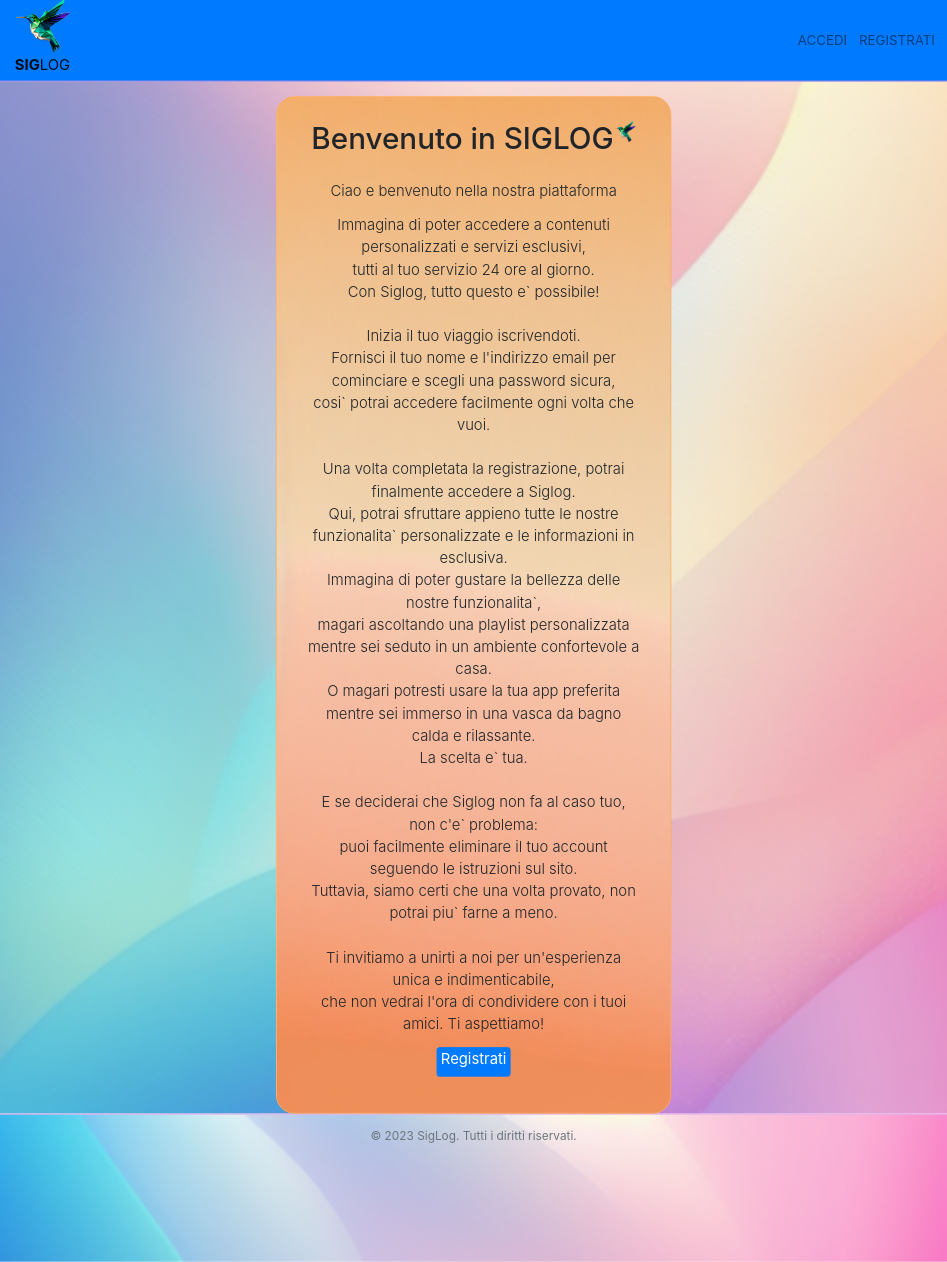
Repository: Nocco-Matteo/web_servlet_tpsi
Page: http://localhost/Servlet/
These files come from the project's save history. The page is drawn as it stood at one moment and after the next save; the edit follows.
The browser window is 1280 px wide. The pictures show the whole page, at 74% of full size.
Some web libraries are served in a nearby version. The page is served by Tomcat 9. Other server files are loaded and not shown.

Above is the page before, as saved 2023-03-03 22:40:41.

### eclipse/Servlet/src/main/webapp/index.jsp
<%@page import="java.net.http.HttpRequest"%>
<%@ page language="java" contentType="text/html; charset=US-ASCII" pageEncoding="US-ASCII"%>
<%@ page import="java.net.*" %>
<%@ page import="java.util.*" %>
<%@ page import="java.util.Base64.*" %>
<!DOCTYPE html>
<html>
<head>
	<title>Titolo Pagina</title>
	<meta charset="UTF-8">
	<meta name="viewport" content="width=device-width, initial-scale=1.0">
	<link rel="stylesheet" href="https://cdn.jsdelivr.net/npm/bootstrap@4.0.0/dist/css/bootstrap.min.css" integrity="sha384-Gn5384xqQ1aoWXA+058RXPxPg6fy4IWvTNh0E263XmFcJlSAwiGgFAW/dAiS6JXm" crossorigin="anonymous">
	<link rel="stylesheet" type="text/css" href="${pageContext.request.contextPath}/style">
</head>
<body>
<%!
	public static String stringToBase64(String str) //da stringa a base64
	{
	    byte[] bytes = str.getBytes();
	    byte[] encoded = Base64.getEncoder().encode(bytes);
	    return new String(encoded);
	}
	public static String base64ToString(String base64) //da base64 a stringa
	{
	    byte[] decoded = Base64.getDecoder().decode(base64);
	    return new String(decoded);
	}

	public static Boolean is_logged_in(String nome)
	{
		if(nome == null) return false;
		else return true;
	}
	public static String pulisci_attributo()
	{
		return null;
	}
%>

<%
	Boolean accesso = false; //controllo se l'utente ha fatto l'accesso
	String nome_sess = "", //dati utente
			cognome_sess ="",
			email_sess = "",
			password_sess="";
	String pagina = ""; //pagine dinamiche
	String tipo_errore="";//tipo di errore (piu` specifico di classe_errore)
	String classe_errore=""; //classe dell'errore (piu` generale di tipo_errore)

	if(session.getAttribute("nome")!= null) //controllo se l'utente ha fatto l'accesso
	{
		nome_sess = session.getAttribute("nome").toString(); //prendi attributo nome della sessione
		nome_sess = nome_sess.substring(0, 1).toUpperCase() + nome_sess.substring(1); //primo carattere maiuscolo

		cognome_sess = session.getAttribute("cognome").toString(); //prendi attributo cognome della sessione
		cognome_sess = cognome_sess.substring(0, 1).toUpperCase() + cognome_sess.substring(1); //primo carattere maiuscolo

		email_sess = session.getAttribute("email").toString(); //prendi attributo email della sessione
		email_sess = email_sess.toLowerCase(); //tutto minuscolo

		password_sess = session.getAttribute("password").toString(); //prendi attributo password della sessione

		accesso = is_logged_in(nome_sess); //controlla se ha fatto l'accesso
	}



	if(request.getParameter("page")!= null) //cambia pagina in base al parametro get
		pagina = request.getParameter("page"); //impostazione della pagina richiesta


	if(request.getParameter("error")!= null) //se viene rilevato un errore in una richiesta
	{
		String [] errore = base64ToString(request.getParameter("error")).split(","); //divisione del parametro errore
		//errore[0]=classe_errore; errore[1]=tipo_specifico_errore; errore[2]=pagina_di_arrivo
		classe_errore = errore[0];
		//out.print(classe_errore);
		switch(classe_errore)
		{
			case "sql": //errore sql
				pagina = stringToBase64(errore[2]); //ritorno alla pagina di errore
				tipo_errore = errore[1]; //tipo dell'errore dettagliato
				//out.print("errore: "+tipo_errore);
			break;
			case "regex": //errore regex
				pagina = stringToBase64(errore[2]); //ritorno alla pagina di errore
				tipo_errore = errore[1]; //tipo dell'errore dettagliato
				//out.print("errore: "+tipo_errore);
			break;
			case "empty": //accesso fallito
				pagina = stringToBase64(errore[2]); //ritorno alla pagina di errore
				tipo_errore = errore[1]; //tipo dell'errore dettagliato
				//out.print("errore: "+tipo_errore);
			break;
			default:
		}
	}
	//out.print(accesso+"\n");



	//out.print(tipo_errore+"\n");
	//out.print(pagina+"\n");
	pagina = base64ToString(pagina); //conversione parametro get con la pagina
	//out.print(pagina);
%>
<!-- Testa Navbar -->
<nav class="navbar navbar-expand-lg navbar-light bg-primary">

	<a class="navbar-brand mt-2 logo" href="${pageContext.request.contextPath}">
		<img class="" width="75px" height="75px" src="${pageContext.request.contextPath}/logo" alt="Logo">
		<p><b>SIG</b>LOG</p>
	</a>

	<button class="navbar-toggler" type="button" data-toggle="collapse" data-target="#navbarNav" aria-controls="navbarNav" aria-expanded="false" aria-label="Toggle navigation">
		<span class="navbar-toggler-icon"></span>
	</button>

	<div class="collapse navbar-collapse justify-content-end" id="navbarNav">
		<%if(accesso){ %>
		<ul class="navbar-nav">
			<li class="nav-item">
				<%=email_sess%>
			</li>
		</ul>
		<ul class="navbar-nav">
			<li class="nav-item">
				<a class="nav-link" href="http://localhost:8080/Servlet_prova/index.jsp?page=<%=stringToBase64("profilo")%>">PROFILO</a>
			</li>
		</ul>
		<%} else{ %>
		<ul class="navbar-nav r-0">
			<li class="nav-item">
				<a class="nav-link" href="http://localhost:8080/Servlet_prova/index.jsp?page=<%=stringToBase64("accedi")%>">ACCEDI </a>
			</li>
			<li class="nav-item">
				<a class="nav-link" href="http://localhost:8080/Servlet_prova/index.jsp?page=<%=stringToBase64("registra")%>">REGISTRATI</a>
			</li>
		</ul>
		<%} %>
	</div>
</nav>
<!-- Corpo Pagina -->
<div class="container-fluid corpo" style="background-image:url('${pageContext.request.contextPath}/background');">
	<div class="row">
		<div class="col"></div>
		<div class="centrale col-md-5 pt-2" style="background-image:url('${pageContext.request.contextPath}/centrale">
			<%if(pagina.equals("registra") && (!accesso || (tipo_errore !=""))){%>
				<!-- BLOCCO REGISTRAZIONE -->
				<form method="POST" action="http://localhost:8080/Servlet_prova/registra" >
					<p><b>REGISTRAZIONE</b></p>
					<hr>
					<%switch(classe_errore){
						case "sql":%>
					<div class="alert alert-danger alert-dismissible fade show d-flex justify-content-center" role="alert">
					    EMAIL' GIA REGISTRATA!
      				</div>
					<%break;
						case "regex":%>
							<div class="alert alert-danger alert-dismissible fade show d-flex justify-content-center" role="alert">
						    ERRORE NELL'INSERIMENTO DEL PARAMETRO: <%=tipo_errore.toUpperCase()%>
	      				</div>
					<%break;} %>
					<div class="form-group">
						<label for="nome">Nome:</label>
						<input type="text" class="form-control" id="nome" name="nome" required>
					</div>
					<div class="form-group">
						<label for="cognome">Cognome:</label>
						<input type="text" class="form-control" id="cognome" name="cognome" required>
					</div>
					<div class="form-group">
						<label for="email">Email:</label>
						<input type="email" class="form-control" id="email" name="email" required>
					</div>
					<div class="form-group">
						<label for="password">Password:</label>
						<input type="password" class="form-control" id="password" name="password" placeholder="almeno 4 caratteri, una lettera maiuscola ed una minuscola" required>
					</div>
					<div class="bottoni">
						<button type="submit" class="btn btn-primary button_a">Registrati</button>
					</div>
					<hr>
				</form>
				<div class="bottoni">
					<div class="d-flex flex-column align-items-center">
						<p>Hai gia' un account?</p>
						<button type="button" class="btn btn-primary button_a" ><a href="http://localhost:8080/Servlet_prova/index.jsp?page=<%=stringToBase64("accedi")%>">Accedi</a></button>
					</div>
				</div>

			<%} else if(pagina.equals("accedi") && !accesso){ %>
				<!-- BLOCCO ACCEDI -->
				<form method="POST" action="http://localhost:8080/Servlet_prova/accedi">
					<p><b>Accesso</b></p>
					<hr>
					<%switch(classe_errore){
						case "empty":%>
					<div class="alert alert-danger alert-dismissible fade show d-flex justify-content-center" role="alert">
					    ACCOUNT NON TROVATO
      				</div>
					<%break;} %>
					<div class="form-group">
						<label for="email">Email:</label>
						<input type="email" class="form-control" id="email" name="email" required>
					</div>
					<div class="form-group">
						<label for="password">Password:</label>
						<input type="password" class="form-control" id="password" name="password" required>
					</div>
					<div class="bottoni">
						<button type="submit" class="btn btn-primary">Accedi</button>
					</div>
					<hr>
					</form>
					<div class="bottoni">
						<div class="d-flex flex-column align-items-center">
							<p>Non hai ancora un account?</p>
							<button type="button" class="btn btn-primary button_a" ><a href="http://localhost:8080/Servlet_prova/index.jsp?page=<%=stringToBase64("registra")%>">Registrati</a></button>
						</div>
					</div>
				</form>
			<% }else if(pagina.equals("profilo") && accesso){%>
		        <form method="POST" action="http://localhost:8080/Servlet_prova/modifica">
		        	<p><b>Modifica Profilo Utente</b></p>
		        	<hr>
		            <div class="form-group">
		                <label for="nome">Nome:</label>
		                <input type="text" class="form-control" id="nome" name="nome" value="<%=nome_sess%>" required>
		            </div>
		            <div class="form-group">
		                <label for="cognome">Cognome:</label>
		                <input type="text" class="form-control" id="cognome" name="cognome" value="<%=cognome_sess%>" required>
		            </div>
		            <div class="form-group">
		                <label for="password">Password:</label>
		                <input type="password" class="form-control" id="password" name="password" value="<%=password_sess%>" required>
		            </div>
		            <div class="form-group" hidden>
						<label for="email">Email:</label>
						<input type="email" class="form-control" id="email" name="email" value="<%=email_sess%>" required>
					</div>
		            <div class="bottoni">
						<button type="submit" class="btn btn-primary">Salva modifiche</button>
					</div>
		        </form>
		        <div class="bottoni btn-group dropup">
					<div class="spazio"></div>
					<div class="dropdown-menu dropdown-menu-right" aria-labelledby="conferma_elimina">
						<p class="conferma">SEI SICURO?</p>
						<a class="dropdown-item" href="${pageContext.request.contextPath}/elimina">Elimina account</a>
					</div>
					<button type="button" class="btn btn-danger button_a" data-toggle="dropdown" aria-controls="conferma_elimina" aria-expanded="false" aria-label="Toggle navigation">
						<a href="#">Elimina</a>
					</button>
				</div>
			<% }else if(pagina.equals("entrato") || accesso){%>
				<!-- BLOCCO DI BENTORNATO/BENVENUTO -->
			    <div class="col mx-auto text-center">
			      <h1>Ciao <%=nome_sess%>!</h1>
			      <p class="lead">Grazie per aver effettuato l'accesso a SIGLOG.</p>
			      <p class="lead">
			      	Siamo entusiasti di averti tra i nostri utenti <br>
			      	e siamo qui per aiutarti a sfruttare al massimo Siglog.<br>
			      	Ti auguriamo una buona permanenza e speriamo di rendere la tua esperienza con noi unica ed emozionante.<br>
			      	<br>
					Con il tuo nuovo account, potrai accedere a contenuti personalizzati e servizi esclusivi.<br>
					Ti invitiamo ad esplorare Siglog<br>
					e a trovare tutte le funzionalita` che si adattano meglio alle tue esigenze.<br>
					Inizia subito ad usare il tuo account per accedere ai nostri servizi personalizzati.<br>
					<br>
					Se hai bisogno di aiuto o hai domande sul nostro sito o sui servizi che offriamo,<br>
					non esitare a contattarci.<br>
					Il nostro team di supporto e` a tua disposizione per rispondere a tutte le tue domande<br>
					e aiutarti in ogni modo possibile.<br>
					<br>
					Grazie ancora per aver scelto di unirti a noi.<br>
					Siamo impazienti di vedere cosa puoi fare con il tuo account<br>
					e di averti tra i nostri utenti piu' attivi ed entusiasti.<br>
					Buon divertimento!</p>
			      <button type="button" class="btn btn-primary button_a" ><a href="http://localhost:8080/Servlet_prova/index.jsp?page=<%=stringToBase64("esci")%>">Esci</a></button>
			    </div>

			<%} else{%>
				<div class="col mb-4 mx-auto text-center">
					<div class="mt-4 d-flex flex-row justify-content-center">
						<h1>Benvenuto in SIGLOG</h1>
				      	<img width="30px" height="30px" src="${pageContext.request.contextPath}/logo" alt="Logo">
				    </div>
				    <br>
			      <p class="lead">Ciao e benvenuto nella nostra piattaforma</p>
			      <p class="lead">
			      	Immagina di poter accedere a contenuti personalizzati e servizi esclusivi,<br>
			      	tutti al tuo servizio 24 ore al giorno. <br>
			      	Con Siglog, tutto questo e` possibile!<br>
			      	<br>
			      	Inizia il tuo viaggio iscrivendoti.<br>
			      	Fornisci il tuo nome e l'indirizzo email per cominciare e scegli una password sicura,<br>
			      	cosi` potrai accedere facilmente ogni volta che vuoi.<br>
			      	<br>
					Una volta completata la registrazione, potrai finalmente accedere a Siglog.<br>
					Qui, potrai sfruttare appieno tutte le nostre funzionalita` personalizzate e le informazioni in esclusiva.<br>
					Immagina di poter gustare la bellezza delle nostre funzionalita`,<br>
					magari ascoltando una playlist personalizzata mentre sei seduto in un ambiente confortevole a casa.<br>
					O magari potresti usare la tua app preferita mentre sei immerso in una vasca da bagno calda e rilassante.<br>
					La scelta e` tua.<br>
					<br>
					E se deciderai che Siglog non fa al caso tuo, non c'e` problema: <br>
					puoi facilmente eliminare il tuo account seguendo le istruzioni sul sito. <br>
					Tuttavia, siamo certi che una volta provato, non potrai piu` farne a meno. <br>
					<br>
					Ti invitiamo a unirti a noi per un'esperienza unica e indimenticabile, <br>
					che non vedrai l'ora di condividere con i tuoi amici. Ti aspettiamo!</p>
			      <button type="button" class="btn btn-primary button_a" ><a href="http://localhost:8080/Servlet_prova/index.jsp?page=<%=stringToBase64("registra")%>">Registrati</a></button>
			    </div>
			<%} %>
		</div>
		<div class="col"></div>
	</div>
</div>
<!-- Footbar -->
<footer class="footer bg-light mt-auto py-3" style="background-image:url('${pageContext.request.contextPath}/nav');">
	<div class="container text-center">
		<span class="text-muted">&copy; 2023 SigLog. Tutti i diritti riservati.</span>
	</div>
</footer>

<!-- js Bootstrap -->
<script src="https://code.jquery.com/jquery-3.2.1.slim.min.js" integrity="sha384-KJ3o2DKtIkvYIK3UENzmM7KCkRr/rE9/Qpg6aAZGJwFDMVNA/GpGFF93hXpG5KkN" crossorigin="anonymous"></script>
<script src="https://cdn.jsdelivr.net/npm/popper.js@1.12.9/dist/umd/popper.min.js" integrity="sha384-ApNbgh9B+Y1QKtv3Rn7W3mgPxhU9K/ScQsAP7hUibX39j7fakFPskvXusvfa0b4Q" crossorigin="anonymous"></script>
<script src="https://cdn.jsdelivr.net/npm/bootstrap@4.0.0/dist/js/bootstrap.min.js" integrity="sha384-JZR6Spejh4U02d8jOt6vLEHfe/JQGiRRSQQxSfFWpi1MquVdAyjUar5+76PVCmYl" crossorigin="anonymous"></script>
</body>
</html>

### eclipse/Servlet/src/main/webapp/css/style.css
html,body
{
	height:100%;
	width:100%;
	margin:0;
	padding:0;
}
#navbarNav
{
	color: #000;
	right:0;
}

#navbarNav > ul
{
	width:190px;
	font-size: 18px;
	color: black;
	margin-right:20px;
}
#navbarNav > ul > li
{
	margin-left:auto;
}
.footer, .navbar, .centrale
{
	background-repeat: no-repeat;
	background-size: cover;
}
.corpo
{
	min-height: 500px;
	background-repeat: no-repeat;
	background-position: center;
	background-size: cover;
}
.conferma
{
	color: red;
	width:100%;
	text-align:center;
	margin-bottom:7px;
}
.btn a
{
	width: 100%;
    height: 100%;

    padding: 0;
    margin: 0;

	list-style-type:none;
	color: white;
	display: block;
}
.button_a
{

	width: 100px;
	height: 40px;

    padding: 0;
    margin: 0;

    font-size: 20px;
    text-align:center
}
.centrale
{
	margin-top: 20px;
	background-color: white;
	padding: 25px;
	border-radius: 25px;
	border:1px solid #ffa348;
}

form > p:first-of-type
{
	font-size:25px;
	text-align: center;
}

.bottoni
{
	display: flex;
	width: 100%;
	flex-direction: row;
	justify-content: center;
	align-items: center;
}
.spazio
{
	flex-grow: 1;
}
.logo
{
	height:auto;
	width:auto;
	margin:0;
	padding:0;

	margin-left: 20px;
	display:block;
}
.footer
{
	height: 200px;
	border-top: 1px solid #dc8add;
}
.navbar
{
	height:110px;
	min-height:100px;
	color: #000;
	margin:0;
	padding:0;
	border-bottom: 1px solid #dc8add;
}

Loaded but not shown: eclipse/Servlet/src/main/java/it/molinari/controller/Controller.java (277 lines, source omitted)

After the next save:
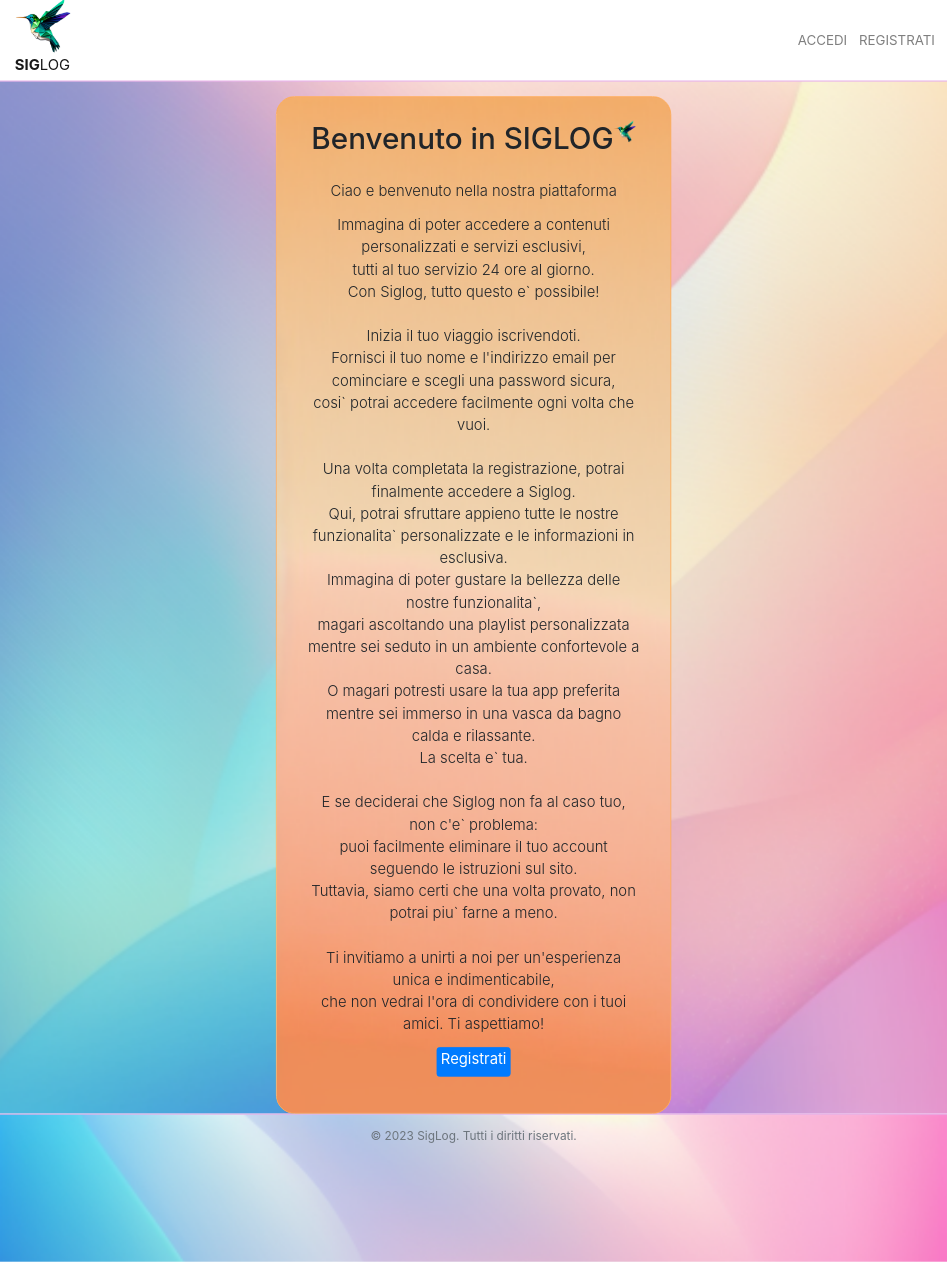
Saved 102 s later.
--- a/eclipse/Servlet/src/main/webapp/index.jsp
+++ b/eclipse/Servlet/src/main/webapp/index.jsp
@@ -105,7 +105,7 @@
 	//out.print(pagina);
 %>
 <!-- Testa Navbar -->
-<nav class="navbar navbar-expand-lg navbar-light bg-primary">
+<nav class="navbar navbar-expand-lg navbar-light ">
 
 	<a class="navbar-brand mt-2 logo" href="${pageContext.request.contextPath}">
 		<img class="" width="75px" height="75px" src="${pageContext.request.contextPath}/logo" alt="Logo">
